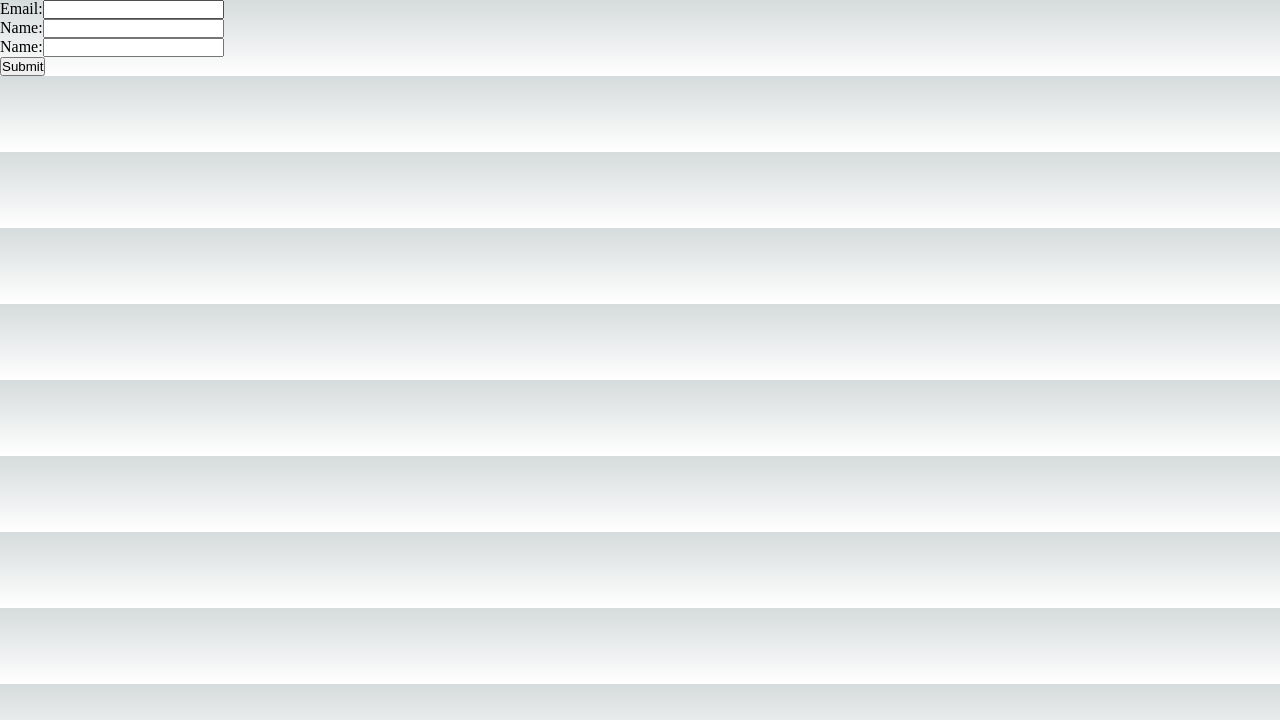
Repository: SanlyLp/assignment-1-playwright-site-a01182379
Page: /contact
These files come from the project's save history. The page is drawn as it stood at one moment and after the next save; the edit follows.
The browser window is 1280 px wide. The pictures show the whole page.
The project was rebuilt for these pictures with package versions that can differ from the ones it lists, and the page was loaded fresh each time. The framework's server and built-in components were replaced by stand-ins that run in the browser. Also part of the build but not shown: next.config.js.

Above is the page before, as saved 2023-02-05 19:26:09.

After the next save:
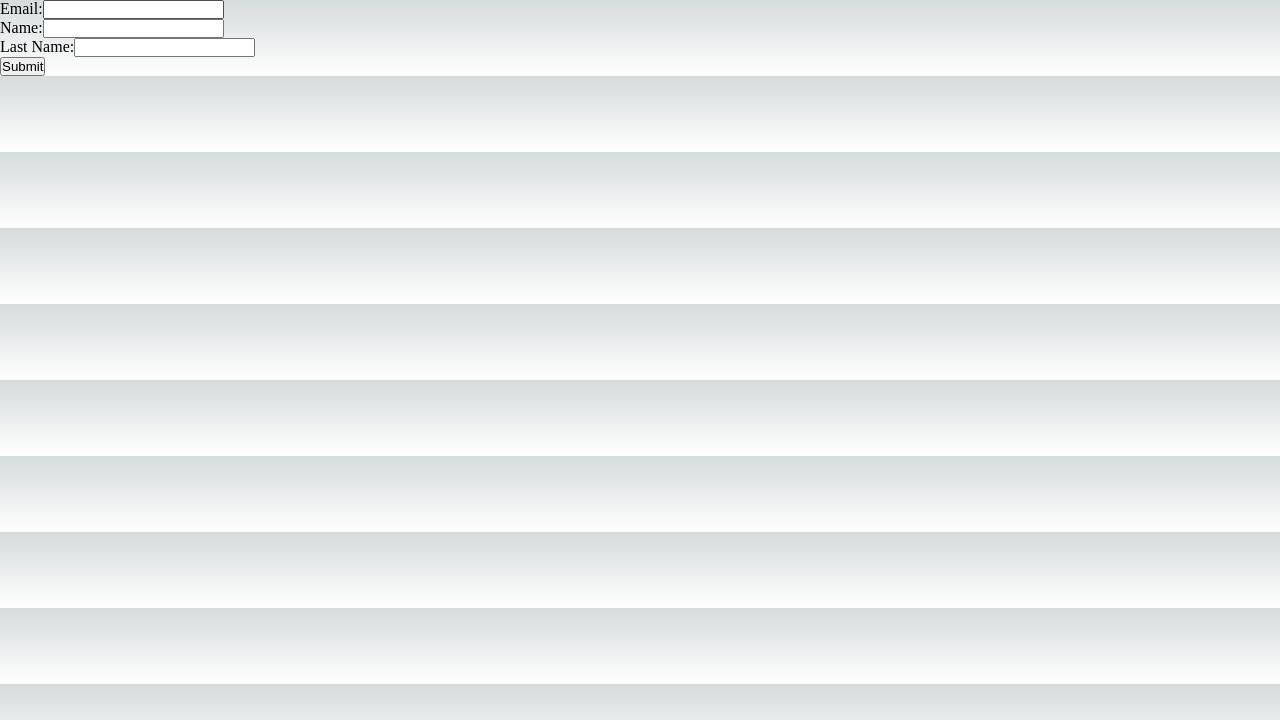
Saved 5 s later.
--- a/pages/contact.js
+++ b/pages/contact.js
@@ -30,7 +30,7 @@ const Contact = () => {
       </div>
       <div>
       <label>
-          Name:
+          Last Name:
           <input type="text" id="name" value={Text}/>
         </label>
       </div>
